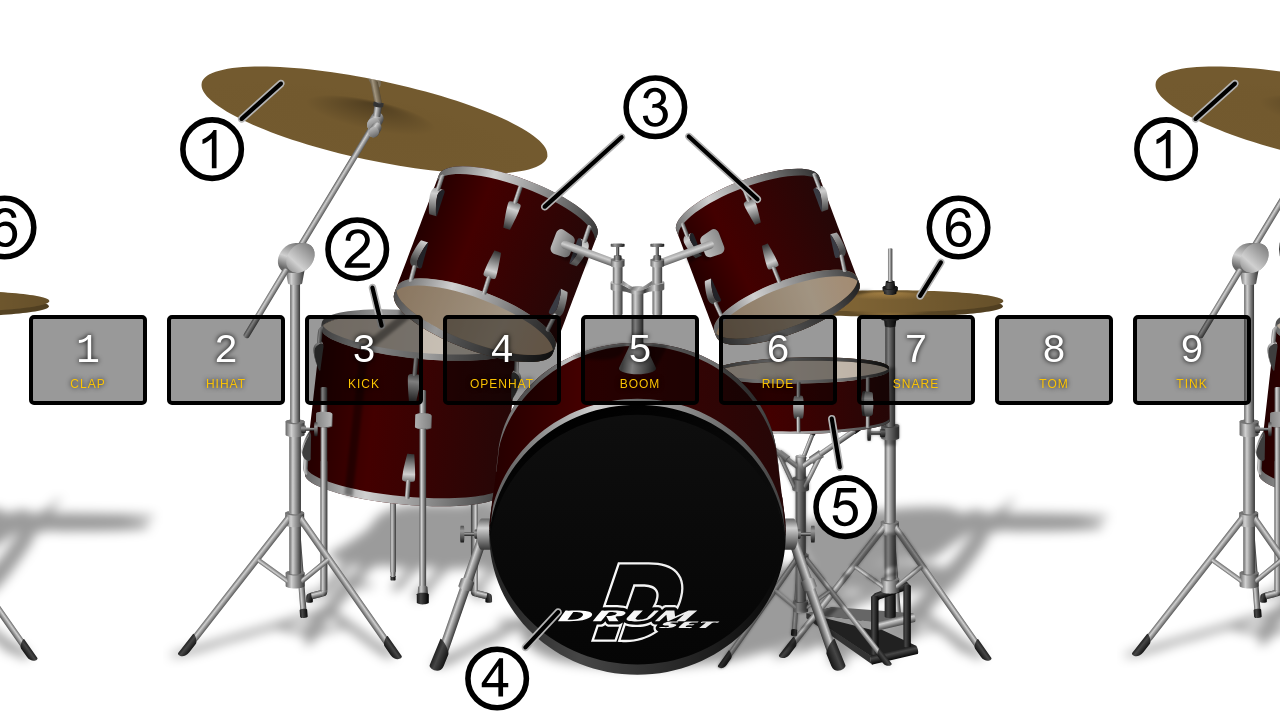
Repository: polishchuk404/drum-kit
Page: index.html
The author's editor kept a copy of each file at every save. The page is drawn from the files as they stood at one save, then again after the next save.
The browser window is 1280 px wide. The pictures show the whole page.

Above is the page before, as saved 2020-10-08 15:31:46.

After the next save:
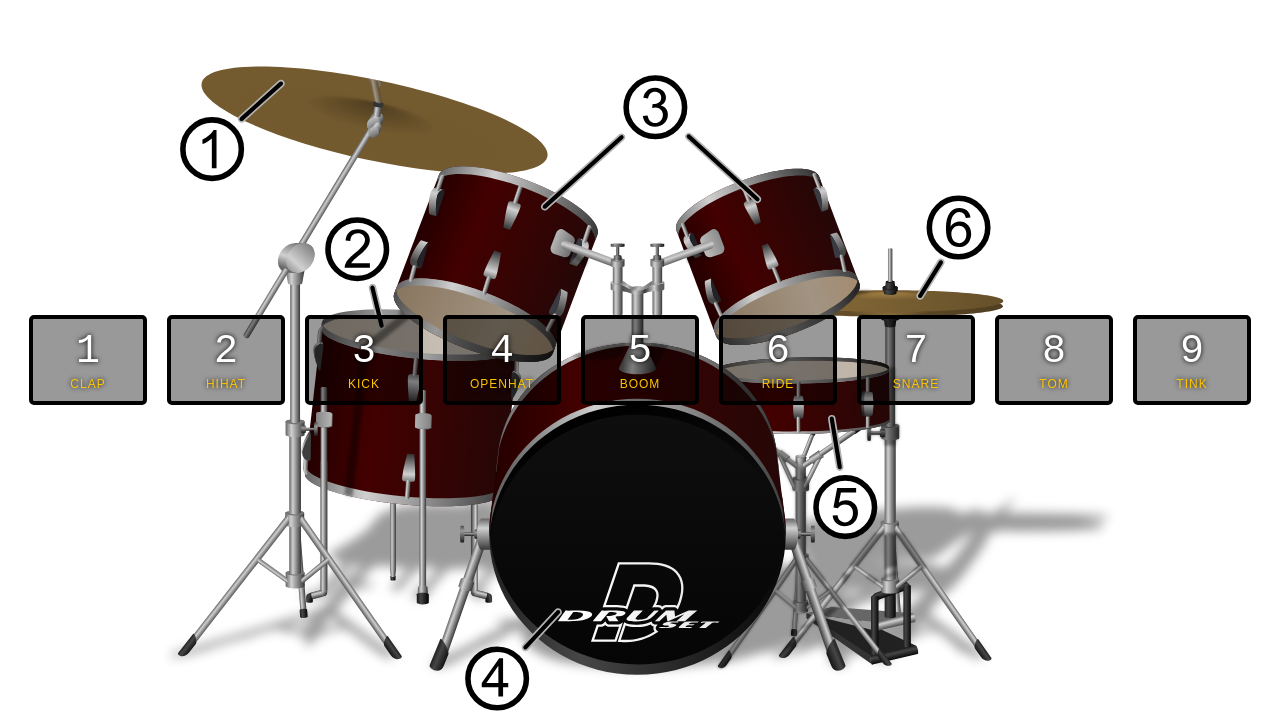
Saved 10 s later.
--- a/style/style.css
+++ b/style/style.css
@@ -1,6 +1,6 @@
 html {
   font-size: 10px;
-  background: url('../drum_set.svg') center center;
+  background: url('../drum_set.svg') center center no-repeat;
   background-size: contain;
 }
 
